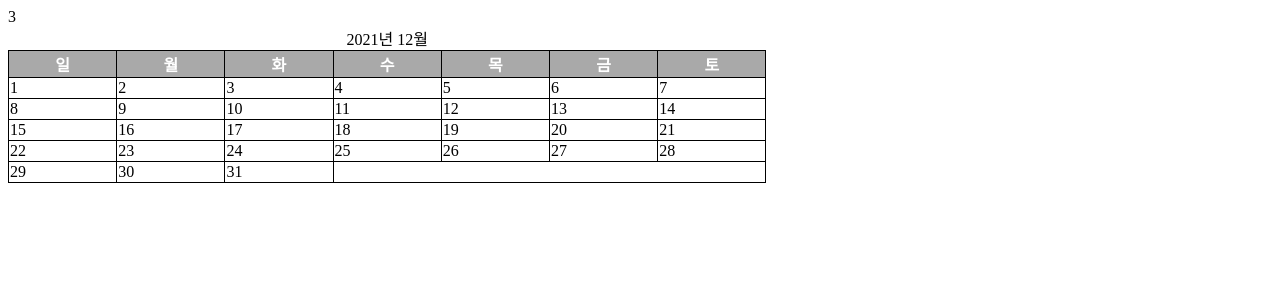
Repository: Jin0207/jsp
Page: http://localhost/day1210/calendarTest.jsp
These files come from the project's save history. The page is drawn as it stood at one moment and after the next save; the edit follows.
The browser window is 1280 px wide. The pictures show the whole page.
The page is served by Tomcat 9.

Above is the page before, as saved 2021-12-10 06:15:05.

After the next save:
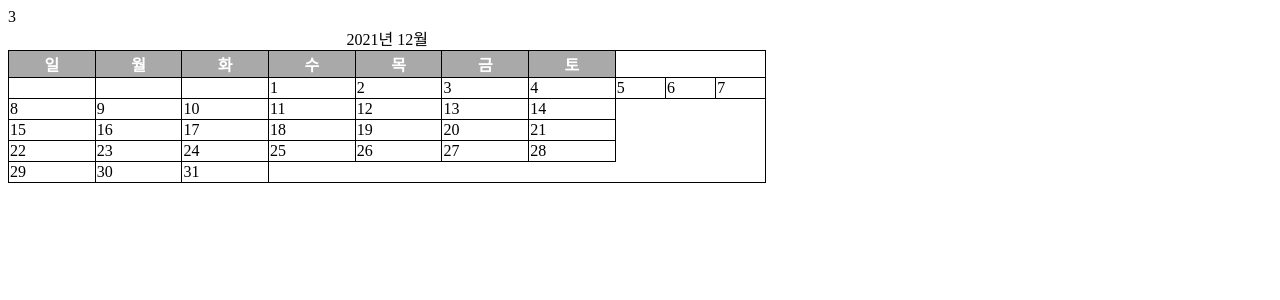
Saved 92 s later.
--- a/day1210/src/main/webapp/calendarTest.jsp
+++ b/day1210/src/main/webapp/calendarTest.jsp
@@ -43,6 +43,11 @@
 		</tr>
 		<tr>
 			<%
+				for(int i=1; i <= firstDay; i++){
+			%>
+					<td>
+			<%
+				}
 				for(int i=1; i<= 31; i++){
 			%>
 						<td><%=i %></td>
